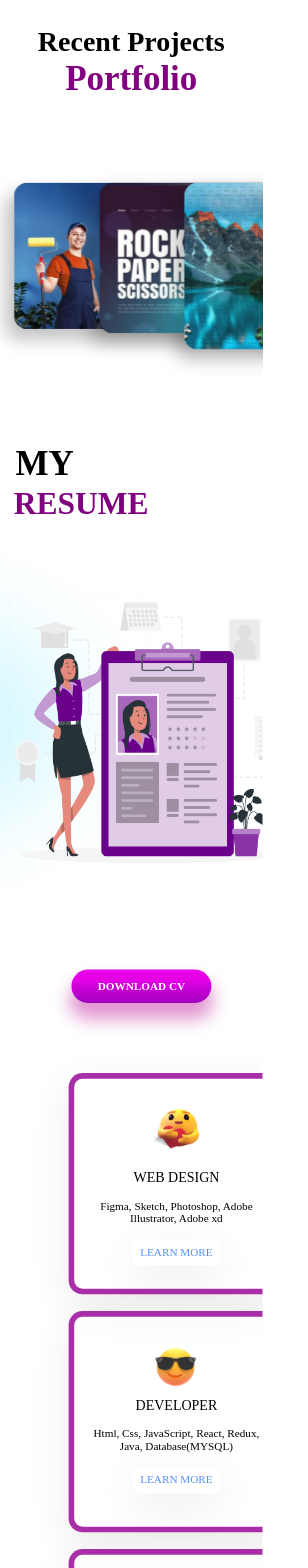
Repository: glorysandy/Protfolio
Page: /
These files come from the project's save history. The page is drawn as it stood at one moment and after a run of saves; the edit follows.
The browser window is 375 px wide. The page is 440 px wide, so the pictures cover 440 px, including what lies to the right of the window. The pictures show the part of the page from y = 4260 to 6500 px (the page is 7423 px tall before and 7103 px after), at 70% of full size.
Some web fonts or font styles are not loaded; a fallback is used. The project was rebuilt for these pictures with package versions that can differ from the ones it lists, and the page was loaded fresh each time. Imported but missing from the stored project, and not drawn on this page: src/components/Services/SANDHIYA.P (RESUME).pdf.

Above is the page before, as saved 2024-10-17 16:21:01.

### public/index.html
<!DOCTYPE html>
<html lang="en">
  <head>
    <meta charset="utf-8" />
    <link rel="icon" href="%PUBLIC_URL%/favicon.ico" />
    <meta name="viewport" content="width=device-width, initial-scale=1" />
    <meta name="theme-color" content="#000000" />
    <meta
      name="description"
      content="Web site created using create-react-app"
    />
    <style>
      @font-face{
        font-family: Gumela;
        src:url('../src/fonts/*');
      }
      *{
        font-family: 'Gumela';
        font-weight:normal ;
        font-size: 20px;

      }
      body{
        margin: 0;
      }
    </style>
    <link rel="apple-touch-icon" href="%PUBLIC_URL%/logo192.png" />
    <!--
      manifest.json provides metadata used when your web app is installed on a
      user's mobile device or desktop. See https://developers.google.com/web/fundamentals/web-app-manifest/
    -->
    <link rel="manifest" href="%PUBLIC_URL%/manifest.json" />
    <!--
      Notice the use of %PUBLIC_URL% in the tags above.
      It will be replaced with the URL of the `public` folder during the build.
      Only files inside the `public` folder can be referenced from the HTML.

      Unlike "/favicon.ico" or "favicon.ico", "%PUBLIC_URL%/favicon.ico" will
      work correctly both with client-side routing and a non-root public URL.
      Learn how to configure a non-root public URL by running `npm run build`.
    -->
    <title>React App</title>
  </head>
  <body>
    <noscript>You need to enable JavaScript to run this app.</noscript>
    <div id="root"></div>
    <!--
      This HTML file is a template.
      If you open it directly in the browser, you will see an empty page.

      You can add webfonts, meta tags, or analytics to this file.
      The build step will place the bundled scripts into the <body> tag.

      To begin the development, run `npm start` or `yarn start`.
      To create a production bundle, use `npm run build` or `yarn build`.
    -->
  </body>
</html>

### src/components/Navbar/Navbar.jsx
import React from "react";
import Toggle from "../Toggle/Toggle";
import "./Navbar.css";
import { Link } from "react-scroll";
const navbar = () => {
  return (
    <div className="n-wrapper" id="Navbar">
      {/* left */}
      <div className="n-left">
        <div className="n-name">MODE</div>
        <Toggle />
      </div>
      {/* right */}
      <div className="n-right">
        <div className="n-list">
          <ul style={{ listStyleType: "none" }}>
            <li>
              <Link activeClass="active" to="Navbar" spy={true} smooth={true}>
                HOME
              </Link>
            </li>
            <li>
              <Link to="testimonial" spy={true} smooth={true}>
                ABOUT
              </Link>
            </li>
            <li>
              <Link to="works" spy={true} smooth={true}>
                SKILLS
              </Link>
            </li>
            <li>
              <Link to="portfolio" spy={true} smooth={true}>
                PROJECTS
              </Link>
            </li>
            <li>
              <Link to=" services" spy={true} smooth={true}>
                RESUME
              </Link>
            </li>
          </ul>
        </div>
        <Link to="contact" spy={true} smooth={true}>
        <button className="button n-button">CONTACT</button>
        </Link>
      </div>
    </div>
  );
};

export default navbar;

### src/components/Experience/Experience.jsx
import React, { useContext } from "react";
import { themeContext } from "../../Context";
import "./Experience.css";
const Experience = () => {
  const theme = useContext(themeContext);
  const darkMode = theme.state.darkMode;

  return (
    <div className="experience" id='experience'>
      <div className="achievement">
        {/* darkMode */}
        <div className="circle" style={{color: darkMode?'var(--orange)':''}}>4+</div>
        <span  style={{color: darkMode?'white':''}}>months </span>
        <span>Experience</span>
      </div>
      <div className="achievement">
        <div className="circle" style={{color: darkMode?'var(--orange)':''}}>10+</div>
        <span  style={{color: darkMode?'white':''}}>completed </span>
        <span>Projects</span>
      </div>
    </div>
  );
};

export default Experience;

### src/components/Portfolio/Portfolio.jsx
import React, { useContext } from "react";
import "./Portfolio.css";
import { Swiper, SwiperSlide } from "swiper/react"
import "swiper/css";
import pro from "../../img/pro 1 copy.jpg";
import pro2 from "../../img/pro2.jpg";
import HOC from "../../img/hoc.png";
import pro3 from "../../img/pro3.jpg";
import { themeContext } from "../../Context";

const Portfolio = () => {
  const theme = useContext(themeContext);
  const config ={
    social:{
      pro1:'https://project-1-nerolac.vercel.app/',
      pro2:'https://rock-paper-scissors-phi-puce.vercel.app/',
      pro3:'https://sliding-puzzle-jade.vercel.app/',
    }
}

  const darkMode = theme.state.darkMode;
  return (
    <div className="portfolio" id="portfolio">
            <div className="blur t-blur2" style={{ background: "skyblue" }}></div>
      <div className="blur t-blur2" style={{ background: "voilet" }}></div>

      {/* heading */}
      <span style={{color: darkMode?'white': ''}}>Recent Projects</span>
      <span>Portfolio</span>



      {/* slider */}
      <Swiper
        spaceBetween={30}
        slidesPerView={3}
        grabCursor={true}
        className="portfolio-slider"
      ><div className="silde">


        <SwiperSlide>
          <div >
       <a href={config.social.pro1}  ><img src={pro} alt="" /></a>
          </div>
        </SwiperSlide>
        <SwiperSlide>
          <div>
          <a href={config.social.pro2}  ><img src={pro2} alt="" /></a>
          </div>
        </SwiperSlide>
        <SwiperSlide>
        <div>
        <a href={config.social.pro3}  ><img src={pro3} alt="" /></a>
        </div>
        </SwiperSlide>
        <SwiperSlide>
          <div>

          </div>
          <img src={HOC} alt="" />
        </SwiperSlide></div>
      </Swiper>

    </div>
  );
};

export default Portfolio;

### src/components/Contact/Contact.jsx
import React, { useContext, useRef, useState } from "react";
import "./Contact.css";
import emailjs from '@emailjs/browser';
import { themeContext } from "../../Context";

const Contact = () => {
  const theme = useContext(themeContext);
  const darkMode = theme.state.darkMode;
  const form = useRef();
  const [done, setDone] = useState(false)
  const sendEmail = (e) => {
    e.preventDefault();

    emailjs
      .sendForm(
        "service_y60teja",
        "template_4kj4n7i",
        form.current,
        "ORKOyUiaYznGkr2zZ"
      )
      .then(
        (result) => {
          console.log(result.text);
          setDone(true);


        },
        (error) => {
          console.log(error.text);
        }
      );
  };

  return (
    <div className="contact-form" id="contact">
      {/* left side copy and paste from work section */}

      <div className="w-left">
        <div className="awesome">
          {/* darkMode */}
          <span style={{color: darkMode?'white': ''}}>Get in Touch</span>
          <span style={{color:"purple"}}>Contact me</span>
          <div
            className="blur s-blur1"
            style={{ background: "#ABF1FF94" }}
          ></div>
        </div>
      </div>
      {/* right side form */}
      <div className="c-right">
      <form ref={form}  onSubmit={sendEmail}>
          <input type="text" name="user_name" className="user"  placeholder="NAME"/>
          <input type="email" name="user_email" className="user" placeholder="EMAIL"/>
          <textarea name="message" className="user" placeholder="MESSAGE"/>
          <input  type="submit" value="Send" className="button"/>
          <span  className="c-t">{done && "Thanks for Contacting me"}</span>  </form>
          <div
            className="blur c-blur1"
            style={{ background: "var(--purple)" }}
          ></div>


      </div>
      </div>

  );
};

export default Contact;

### src/components/Footer/Footer.jsx
import React from "react";
import "./Footer.css";
import Git from "../../img/git3.png";
import ins from "../../img/mylink.png";
import end from "../../img/end.png";
import wave2 from "../../img/AdobeStock_559187959 copy.png";
import { width } from "@fortawesome/free-brands-svg-icons/fa42Group";
const Footer = () => {

  const config ={
    social:{
      Github:'https://github.com/glorysandy',
      LinkedIn:'https://www.linkedin.com/in/sandhiya-parasuraman-822719298/',

    }
}


  return (
    <div className="footer">
     <img src={wave2} alt="" style={{ width: "100%", height: "80%",  marginTop:"-2vh"}} />

     <div className="blur t-blur1" style={{ background: "var(--purple)" }}></div>
      <div className="blur t-blur2" style={{ background: "var(--purple)" }}></div>
      <div className="f-content"  >
        <div>        <span > EMAIL ID: samuve0842@gmail.com</span> <br></br> <br></br> <br></br>
        <span>PHONE NO: 9043545860</span>
        </div>
        <div className="f-back"  >
       <img
          src={end}
          alt=""
        />
        </div>

        <div className="f-icons" >

          <a href={config.social.LinkedIn} ><img src={ins} alt="" /></a>
          <a href={config.social.Github}><img src={Git} alt=""/></a>
        </div>

      </div>
      </div>
  );
};

export default Footer;

### src/components/Toggle/Toggle.jsx
import React, { useContext } from "react";
import "./Toggle.css";
import Moon from "@iconscout/react-unicons/icons/uil-moon";
import Sun from "@iconscout/react-unicons/icons/uil-sun";
import { themeContext } from "../../Context";

const Toggle = () => {
  const theme = useContext(themeContext);
  const darkMode = theme.state.darkMode;
  const handleClick = () => {
    // debugger
    theme.dispatch({ type: "toggle" });
  };
  return (
    <div className="toggle" onClick={handleClick}>
      <Moon />
      <Sun />
      {/*                              toggle.css mein left ki property aik assign hy ussy delete
                                          krna hy pehly */}
      <div
        className="t-button"
        style={darkMode ? { left: "2px" } : { right: "2px" }}
      ></div>
    </div>
  );
};

export default Toggle;

### src/components/Navbar/Navbar.css
.n-wrapper {
  height: 10vh;
  display: flex;
  justify-content: space-between;
  margin-bottom: 2rem;
  top: 0;
}
.n-left {
  flex: 1;
  align-items: center;
  justify-content: left;
  display: flex;
  gap: 2rem;

}
.n-name {
  font-size: 1.3rem;
  font-weight: bold;
}
.n-right {
  flex: 1;
  display: flex;
  align-items: center;
  justify-content: flex-end;
  font-weight: 400;

}
.n-right :hover{
  color: rgb(165, 0, 137);


}
.n-list {
  flex: 10;
}
.n-list > ul {
  display: flex;
  gap: 2rem;
  margin-right: 4rem;
}

.n-list > ul :hover {
  color: var(--orange);
  cursor: pointer;


}

.n-button {
  flex: 2;

}

@media screen and (max-width: 480px) {
  .n-list {
    display: none;
  }
}

### src/components/Intro/Intro.css
.Intro {
  display: flex;
  height: 77vh;
  margin-top: 6rem;
}

/* left side styling */
.i-left {
  display: flex;
  position: relative;
  flex: 1;
  flex-direction: column;
  gap: 2rem;
}
.i-name {
  display: flex;
  flex-direction: column;
  gap: 0.25rem;
}
.i-name > :nth-child(1) {
  color: rgb(243, 188, 6);
  font-weight: bold;
  font-size: 3rem;
}
.i-name > :nth-child(2) {
  color: rgb(136, 7, 136);

  font-weight: bold;
  font-size: 2.9rem;
}
.i-name > :nth-child(3) {
  font-weight: 100;
  font-size: 17px;
  color: var(--gray);
  margin-top: 10px;
}
.i-button {
  width: 6rem;
  height: 2rem;

}
.i-button:hover{
  color: rgb(121, 1, 101);
  background-color: rgb(226, 80, 255);
  box-shadow: 0 0 20px rgb(255, 53, 238);

}
.i-icons {
  margin-top: 3rem;
  display: flex;
  gap: 0rem;
}
.i-icons > * {
  transform: scale(0.5);
}
.i-icons > *:hover {
  cursor: pointer;
  color: rgb(121, 1, 101);
  background-color: rgb(226, 80, 255);
  box-shadow: 0 0 20px rgb(255, 53, 238);


}
/* right side styling */
.i-right {
  flex: 1;
  position: relative;
}
.i-right > * {
  position: absolute;
  z-index: 1;
}
.i-right > :nth-child(1) {
  transform: scale(0.69);
  left: -15%;
  top: -9%;
}
.i-right > :nth-child(2) {
  top: -4.6rem;
  transform: scale(0.67);
  left: -3rem;
}
.i-right > :nth-child(3) {
  transform: scale(1.4);
  width: 18rem;
  height: 18rem;
  left: 28%;
}
.i-right > :nth-child(4) {
  transform: scale(0.62);
  top: -19%;
  left: -24%;
  border-radius: 50%;
  padding: 0;
}

/* blur */
.blur {
  position: absolute;
  width: 22rem;
  height: 14rem;
  border-radius: 50%;
  background: #edd0ff;
  filter: blur(212px);
  z-index: -9;
  top: -18%;
  left: 56%;
  filter: blur(72px);
}

@media screen and (max-width: 480px) {
  .Intro {
    flex-direction: column;
    gap: 7rem;
    height: 43rem;
  }

  .i-right {
    transform: scale(0.8);
    left: -3rem;
  }
  .i-right .blur {
    display: none;
  }
  .floating-div:nth-of-type(1){
    /* display: none; */
    top: -7rem !important;;
  }
}

### src/components/Testimonials/Testimonial.css
.t-wrapper{
    padding:  0 3rem 0 3rem;;
    height: 100vh;
    display: flex;
    align-items: center;
    justify-content: center;
    margin-top: 7rem;
    flex-direction: column;
    gap: 2rem;
    position: relative;


}
.t-heading{
    align-self: start;

}
.t-heading>*{
    font-size: 2rem;
    font-weight: bold;

}
.t-heading span:nth-of-type(2){
    color: rgba(170, 0, 170, 0.733);
}
.head{
    margin-left: -90vh;
    margin-top: -1rem;
    font-size: 20vh;
    color: purple;
    font-weight: bold;
    display: none;
}
.t-blur1{
    left: 38rem;
    top: 16rem;
}
.t-blur2{
    top: 9rem;
    left: 0;
}
.t-back{
    display: flex;
    position: relative;
    width: 35rem;
    height:35rem;
    left:-115vh;
    top:-3rem;
}
.t-sen{
font-size:1.6rem;
}
.t-sen:hover{
cursor: pointer;
color: rgb(121, 1, 101);
box-shadow: 0 0 20px rgb(255, 53, 238);
padding: 0.7rem;
border-radius: 5px;
}
.dup{
    display: none;

}
.dup{
    cursor: pointer;
    color: rgb(121, 1, 101);
    box-shadow: 0 0 20px rgb(255, 53, 238);
    padding: 0.7rem;
    border-radius: 5px;

}
@media screen and (max-width: 480px) {

    .t-back{
        flex-direction: column;
        transform: scale(0.6);
        margin-left:  -115px;
        gap:5rem;
        height: 64rem;
        margin-top: -70vh;
        position: relative;
        display: none;
    }
    .head{
        margin-top: 2rem;
        padding: 1rem;
        display: flex;
        margin-left: -20px;
    font-size: 20rem;
    font-weight: bolder;
    }
    .dup  {

        display: flex;
        margin-top: 1px;
        transform: scale(0.8);
        border: 5px solid purple;
        color: black;
        width: 340px;
        justify-content: start;
    }
    .c-t{
        transform: scale(0.7);
        margin-top: -2rem;
    }
}

### src/components/Experience/Experience.css
.experience {
  display: flex;
  align-items: center;
  justify-content: center;
  gap: 5rem;
  height: 30vh;
  margin-bottom: 8rem;
  /* darkmode */
  color: var(--black);
  margin-top: 15vh;
}
.achievement{
    display: flex;
    flex-direction: column;
    align-items: center;
}
.circle {

    width: 4rem;
    height: 4rem;
    background: white;
    border-radius: 100%;
    position: relative;
    display: flex;
    align-items: center;
    justify-content: center;
    font-size: 1.5rem;
    font-weight: bold;
    margin-bottom: 2rem;
}
.circle::before {
    border-radius: 100%;
    content: '';
    background-image: linear-gradient(to bottom, #87e6fb 0%, #ffc05c 100%);
    top: -8px;
    left: -8px;
    bottom: -8px;
    right: -8px;
    position: absolute;
    z-index:-1;
    box-shadow: var(--boxShadow);
}

.achievement span:nth-of-type(2){
    color: var(--orange);
}


@media screen and (max-width: 480px) {
    .experience{
        transform: scale(0.7);
        margin-top: 8rem;
    }
}

### src/components/Works/Works.css
.works {
  padding: 0 3rem 0 3rem;
  display: flex;
  height: 90vh;
  margin-top: -3rem;

  /* scroll */
  align-items: center;
}
/* left side */
.awesome {
  display: flex;
  flex-direction: column;
  position: relative;
}
.tex:hover{
cursor: pointer;
color: rgb(121, 1, 101);
box-shadow: 0 0 20px rgba(255, 147, 246, 0.89);
background-color: rgba(204, 0, 245, 0.068);
padding: 2.2rem;
}
.k-button {

  width: 8rem;
  height: 2rem;
  top: 4rem;
}

/* right side */
.w-right {
  position: relative;
}

.w-mainCircle {
  left: 9rem;
  position: relative;
  width: 18rem;
  height: 18rem;
  border-radius: 100%;
  box-shadow: var(--smboxShadow);
  top: 2rem;
  background: white;
  /* darkMode */
  z-index: 2;
}
.w-mainCircle > * {
  position: absolute;
}
.w-mainCircle > :nth-child(1) {
  top: -3rem;
  left: 6rem;
}
.w-mainCircle > :nth-child(2) {
  left: -3rem;
  top: 5rem;
}
.w-mainCircle > :nth-child(3) {
  left: 6rem;
  top: 5rem;
}
.w-mainCircle > :nth-child(4) {
  left: 15rem;
  top: 5rem;
}
.w-mainCircle > :nth-child(5) {
  left: 6rem;
  top: 13rem;
}
.w-secCircle {
  width: 6.5rem;
  height: 6.5rem;
  position: absolute;
  border-radius: 100%;
  border: 5px solid #ebebeb;
  display: flex;
  align-items: center;
  justify-content: center;
  background: "none";
  box-shadow: var(--smboxShadow);
  background: white;
}

.w-secCircle > img {
  transform: scale(0.6);
}

.w-backCircle {
  position: absolute;
  height: 13rem;
  width: 13rem;
  border-radius: 100%;
  /* darkMode */
  z-index: 1;
}
.blueCircle {
  background: #1949b8;
  left: 18rem;
  top: 0rem;
}
.yellowCircle {
  background: #f5c32c;
  left: 18rem;
  top: 8rem;
}

@media screen and (max-width: 480px) {
  .works {
    flex-direction: column;
  height: 170vh;
    padding: 1rem;
    gap: 5rem;
    position: relative
    ;
    margin-top: -6rem;
  }
  .awesome > :nth-child(2){
    position: relative;
    transform: scale(0.9);

    margin-left: -20px;
  }
 .awesome > :nth-child(3){

  transform: scale(1.0);
font-size: 0.5rem;
display: contents;
margin-left: 5rem;

}
.k-button{
  gap: 1rem;
  margin-top: 2vh;
  margin-left: 1rem;
}
  .w-right {
    display: flex;
    align-items: flex-start;
    justify-content:start;
    transform: scale(0.7);

  }
  .w-mainCircle{
    position: static;
  }
  .w-backCircle{
    left: 8rem!important;
  }

}

### src/components/Portfolio/Portfolio.css
.portfolio {
  display: flex;
  align-items: center;
  justify-content: center;
  flex-direction: column;
  height: 70vh;
margin-top: 3rem;;
}
/* heading */
.portfolio span:nth-of-type(1) {
  color: var(--black);
  font-size: 2rem;
  font-weight: bold;
}

.portfolio span:nth-of-type(2) {
  color: purple;
  font-size: 2.5rem;
  font-weight: bold;
}

/* slider */
.portfolio .swiper{
    overflow: visible!important;
}

.portfolio-slider {
  margin-top: 6rem;
  width: 100%;
}

.portfolio-slider .swiper-slide {
  width: 20rem;
}
.portfolio img {
  width: 19rem;
  filter: drop-shadow(-12px 15px 13px rgba(0, 0, 0, 0.25));
  border-radius: 19px;
}
.slide{
  cursor: pointer;
  background-color: rgb(1, 12, 22);
}
.s-blur2 {
  left: 14rem;
  top: 8rem;
}

.s-blur1 {
  top: 13rem;
  left: -18rem;
}
@media screen and (max-width: 480px) {
  .portfolio{
    margin-top: 50vh;
  }
}

### src/components/Services/Services.css
.services {
  padding: 0 3rem 0 3rem;
  display: flex;
  height: 30rem;
  margin-bottom: 8rem;
  margin-top: 5rem;
  margin-bottom: 13rem;
  /* scroll view */
  padding-top: 3rem;
}
/* left side */
.awesome {
  display: flex;
  flex-direction: column;
  position: relative;
  /* gap: 20px; */
}

.awesome > :nth-child(1) {
  color: var(--black);
  font-size: 2.5rem;
  font-weight: bold;
}
.awesome > :nth-child(2) {
  color: purple;
  font-size: 2.5rem;
  font-weight: bold;
}
.awesome > :nth-child(3) {
  color: var(--gray);
  font-size: 14px;
  margin-top: 1rem;
}
.s-back{
  display: flex;
  position: relative;
  height: 80vh;
  width: 80vh;
  margin-left: -130px;
  margin-top: -3rem;
}

.s-button {
  width: 10rem;
  height: 2.4rem;
  margin-top: -0.3rem;
font-weight: 600;
}
/* right sided */
.cards {
  position: relative;
  left: 32vh;
}
.cards > * {
  position: absolute;
}

/* blur */
.s-blur2 {
  left: 14rem;
  top: 8rem;
}

.s-blur1 {
  top: 13rem;
  left: -18rem;
}

@media screen and (max-width: 480px) {
  .services {
    margin-top: 4rem;
    flex-direction: column;
    gap: 5rem;
    height: 66rem;
    padding: 2px;
  }
.s-back{
  transform: scale(0.8);
  padding: 1rem;
}
  .cards {
    display: flex;
    flex-direction: column;
    gap: 17rem;
    width:260px ;
    justify-content: center;
    margin-left: -2rem!important;
  }
  .cards > * {
    position: static;
  }
  .s-button{
    justify-content: center;
    margin-left: 4rem;
  }
}

### src/components/Contact/Contact.css
.contact-form{
    padding: 0 3rem 0 3rem;
    display: flex;
    height: 80vh;
    margin-top: 1rem;
      /* scroll */
  padding-top: 3rem;
}


.c-right{
    display: flex;
    justify-content: center;
    position: relative;
    flex: 1;
}

.c-right>form
{
    display: flex;
    flex-direction: column;
    gap: 2rem;
    align-items: center;

}

.c-right .user{
    width: 20rem;
    height: 2rem;
    padding: 0.3em;
    outline: none;
    border: 4px solid purple;
    border-radius: 8px;
    font-size: 16px;

}

.user:hover{
    border: 4px solid purple ;
    background-color: rgb(245, 194, 255);
    box-shadow: 0 0 20px rgb(255, 170, 248);
cursor: pointer;
}
textarea{
    height: 4rem!important;
}

.c-blur1{
    top: 1rem;
    left: 8rem;
}

@media screen and (max-width: 480px) {
    .contact-form{
        padding: 1rem;
        flex-direction: column;
        gap: 5rem;
        height: 40rem;
        margin-top: 20rem;
    }
    .c-right .user{
        width: 16rem;

    }

}   .c-right .button{
    position: static;
}

### src/components/Footer/Footer.css
.footer {
  display: flex;
  align-items: center;
  margin: -0.5rem -3.5rem;
  position: relative;
  margin-top: -7rem;

}

.f-content {
  position: absolute;
  display: flex;
  align-items: center;
  justify-content: center;
  flex-direction: column;
  width: 100%;
  margin-top: 2rem;
  gap: 4rem;
  color: rgb(143, 0, 143);
  font-weight: 700;
  font-size: 10rem;
}
.f-ip{
  display: flex;
  position: relative;
  width: 5rem;
  height:5rem;

}
.f-icons {
  display: flex;
  gap: 2rem;
  margin-top: -3rem;
  margin-left: -60px;
}
.f-icons:hover{
color:rgb(254, 255, 176);
cursor: pointer;
}
.f-back{
  position: absolute;
  margin-left: -120vh;
  margin-top: -6rem;
}
@media screen and (max-width: 480px){
  .footer{
    margin-top: -8rem;
  }
  .f-content{
    transform: scale(.5);
    margin-left: 20px;
    margin-top: -0.5rem;


  }
  .f-back{
    transform: scale(0.65);
   margin-left: -570px;
  }
}

### src/components/Toggle/Toggle.css
.toggle{
    display: flex;
    justify-content:space-between;
    border: 3px solid var(--purple);
    border-radius: 1rem;
    position: relative;
    padding: 2px;
    cursor: pointer;

}
.toggle>*{
    width: 1rem;
    height: 1rem;
    color: purple;
}
.t-button{
    border-radius: 100%;
    background: var(--purple );
    position: absolute;
}
.t-button:hover{
    background: linear-gradient(180deg, #e600e6 26.71%, #9f00be 99.36%);
    box-shadow: 0px 20px 24px 3px rgba(184, 0, 144, 0.42);

}

### src/components/Card/Card.css
.card {
  width: 10rem;
  height: 13rem;
  position: absolute;
  display: flex;
  flex-direction: column;
  gap: 1rem;
  align-items: center;
  width: 10rem;
  text-align: center;
  background: rgba(255, 255, 255, 0.26);
  border: 8px solid rgba(150, 0, 150, 0.815);
  box-shadow: var(--boxShadow);
  border-radius: 20px;
  padding: 0px 26px 2rem 26px;
}
.card span:nth-of-type(2) {
  color: var(--gray);
  font-size: 16px;
}
.card > img {
  transform: scale(0.6);
  margin-bottom: -2rem;
}
.c-button {
    background: #FFFFFF;
    box-shadow: 0px 19px 60px rgba(0, 0, 0, 0.08);
    border-radius: 7px;
    border: none;
    padding: 10px;
    font-size: 16px;
    color: #5290FD;
}

.c-button:hover{
    transform: scale(1.1);
    cursor: pointer;
}
/* cards */




@media screen and (max-width: 480px){
  .card{
    width: 240px;
    margin-left: -140px;
    justify-content: center;
    padding: 1 rem;
  }
}

Loaded but not shown: src/index.js (common file); src/App.js (common file); src/Context.js (common file); src/App.css (common file); src/components/FloatingDiv/FloatingDiv.jsx (common file); src/components/Card/Card.jsx (common file); src/components/FloatingDiv/FloatingDiv.css (common file); src/components/Intro/Intro.jsx (109 lines, source omitted); src/components/Works/Works.jsx (95 lines, source omitted); src/components/Services/Services.jsx (95 lines, source omitted); src/components/Testimonials/Testimonial.jsx (42 lines, source omitted)

After the next 2 saves:
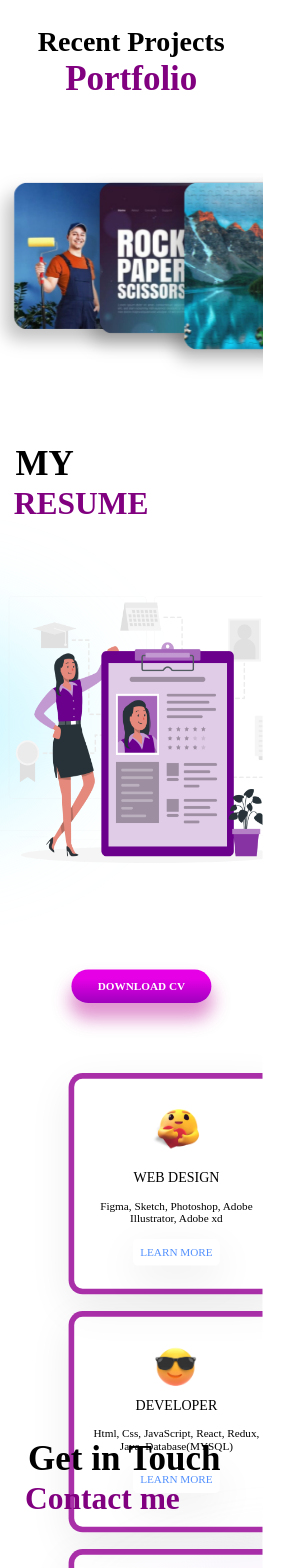
The 2 saves are shown as one change because they came seconds apart.
The last was saved 27 s later.
--- a/src/components/Services/Services.css
+++ b/src/components/Services/Services.css
@@ -71,7 +71,7 @@
     margin-top: 4rem;
     flex-direction: column;
     gap: 5rem;
-    height: 66rem;
+    height: 50rem;
     padding: 2px;
   }
 .s-back{

After the 2 saves that followed:
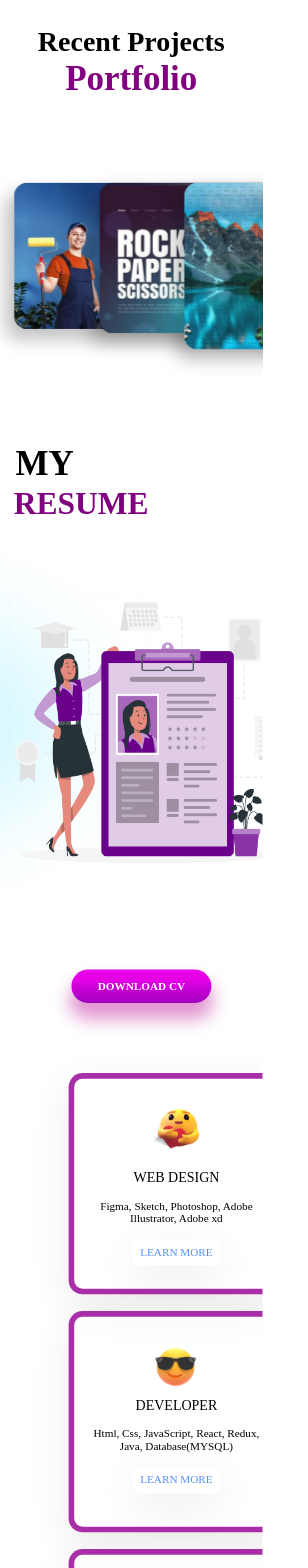
The 2 saves are shown as one change because they came seconds apart.
The last was saved 10 s later.
--- a/src/components/Services/Services.css
+++ b/src/components/Services/Services.css
@@ -71,7 +71,7 @@
     margin-top: 4rem;
     flex-direction: column;
     gap: 5rem;
-    height: 50rem;
+    height: 80rem;
     padding: 2px;
   }
 .s-back{
